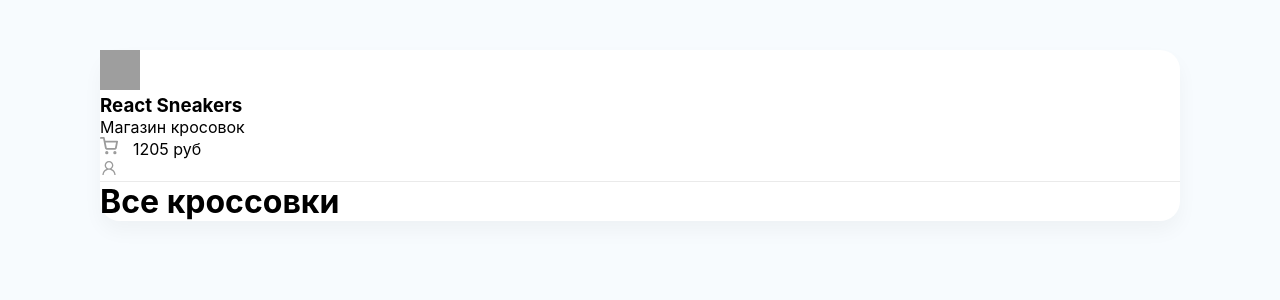
Repository: Azimich/React-Sneakers
Page: /
An editor plug-in stored every save of this project. The page is shown before and after the next save, followed by the edit.
The browser window is 1280 px wide. The pictures show the whole page.
Pictures or frames that could not be fetched are drawn as grey boxes. The project was rebuilt for these pictures with package versions that can differ from the ones it lists, and the page was loaded fresh each time.

Above is the page before, as saved 2022-09-22 22:05:03.

### src/index.js
import React from 'react';
import ReactDOM from 'react-dom/client';

import 'macro-css';
import './index.scss';
import App from './App';

const root = ReactDOM.createRoot(document.getElementById('root'));
root.render (
  <React.StrictMode>
    <App />
  </React.StrictMode>
);

### src/index.scss
body {
  margin: 0;
  font-family: -apple-system, BlinkMacSystemFont, 'Segoe UI', 'Roboto', 'Oxygen',
  'Ubuntu', 'Cantarell', 'Fira Sans', 'Droid Sans', 'Helvetica Neue',
  sans-serif;
  background-color: #F7FBFE;
}

*,
*::before,
*::after {
  box-sizing: border-box;
  margin: 0;
  padding: 0;
}

ul {
  list-style: none;
}

a {
  text-decoration: none;
}

input,
textarea,
label,
button {
  background-color: transparent;
  font-family: inherit;
  outline: none;
  display: block;
}

button {
  border: none;
  cursor: pointer;
}

textarea{
  resize: none;
}

h1,h2,h3,h4,h5{
  margin: 0;
}

.wrapper {
  background: #FFFFFF;
  box-shadow: 0px 10px 20px rgba(0, 0, 0, 0.04);
  border-radius: 20px;
  max-width: 1080px;
  margin: 50px auto;
}

header {
  border-bottom: 1px solid #eaeaea;

  img {
    margin-right: 15px;
  }
}

// .headerInfo {
//   margin-left: 12px;
// }

### src/App.js
import React from 'react';


function App() {
  return (
    <div className="wrapper">
      <header className="d-flex justify-between align-center p-40">
        <div className="d-flex align-center">
          <img width={40} height={40} src="/img/logo.svg" alt='img'/>
          <div>
            <h3 className='text-uppercase'>React Sneakers</h3>
            <p>Магазин кросовок</p>
          </div>
        </div>
        <ul className="d-flex align-center">
          <li className='mr-30 d-flex align-center'>
            <img width={18} height={18} src="/img/cart.svg" alt='img'/>
            <span>1205 руб</span>
          </li>
          <li>
            <img width={18} height={18} src="/img/user.svg" alt='img'/>
          </li>
        </ul>
      </header>
      <div className="content p-40">
        <h1>Все кроссовки</h1>
      </div>
    </div>
  );
}

export default App;

Loaded but not shown: public/index.html (common file)

After the next save:
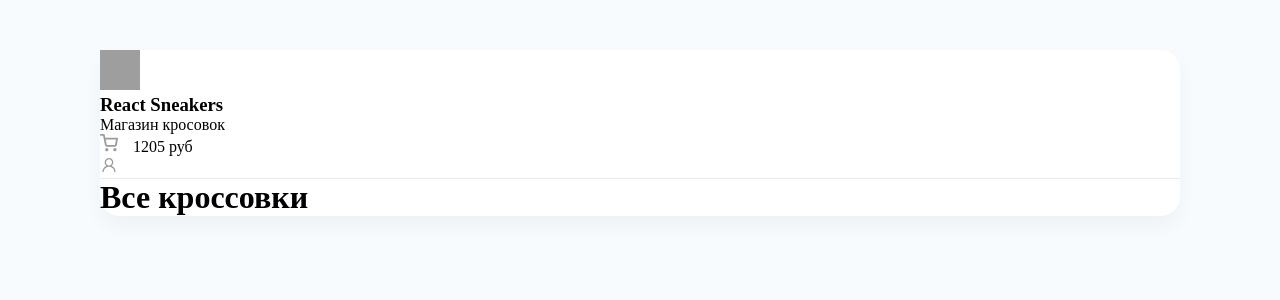
Saved 2 min 57 s later.
--- a/src/index.scss
+++ b/src/index.scss
@@ -1,8 +1,5 @@
 body {
   margin: 0;
-  font-family: -apple-system, BlinkMacSystemFont, 'Segoe UI', 'Roboto', 'Oxygen',
-  'Ubuntu', 'Cantarell', 'Fira Sans', 'Droid Sans', 'Helvetica Neue',
-  sans-serif;
   background-color: #F7FBFE;
 }
 
